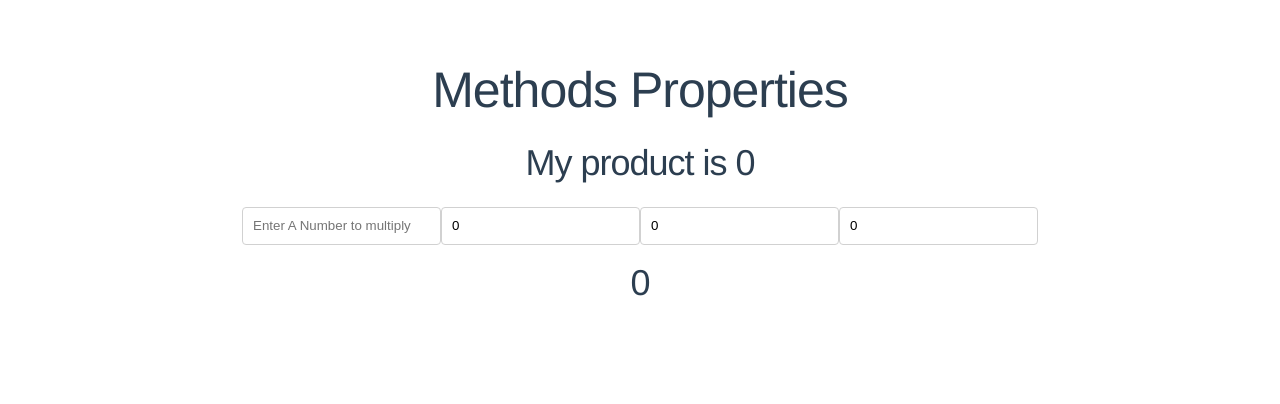
Repository: chsvk/Vue-JS-Course
Page: /
The author's editor kept a copy of each file at every save. The page is drawn from the files as they stood at one save, then again after the next save.
The browser window is 1280 px wide. The pictures show the whole page.
The project was rebuilt for these pictures with package versions that can differ from the ones it lists, and the page was loaded fresh each time. Also part of the build but not shown: src/components/HelloWorld.vue.

Above is the page before, as saved 2019-03-11 21:43:07.

### public/index.html
<!DOCTYPE html>
<html lang="en">
  <head>
    <meta charset="utf-8">
    <meta http-equiv="X-UA-Compatible" content="IE=edge">
    <meta name="viewport" content="width=device-width,initial-scale=1.0">
    <link rel="icon" href="<%= BASE_URL %>favicon.ico">
    <link rel="stylesheet" href="https://cdnjs.cloudflare.com/ajax/libs/skeleton/2.0.4/skeleton.min.css">
    <title>testproject</title>
  </head>
  <body>
    <noscript>
      <strong>We're sorry but testproject doesn't work properly without JavaScript enabled. Please enable it to continue.</strong>
    </noscript>
    <div id="app"></div>
    <!-- built files will be auto injected -->
  </body>
</html>

### src/App.vue
<template>
  <div id="app">
    <!-- <img alt="Vue logo" src="./assets/logo.png">
    <HelloWorld msg="Welcome to Vue.js App"/> -->
    <h1>Methods Properties</h1>
    <h3>My product is {{variableA * variableB * global_dynamicVariable}}</h3>
    <input type="number" placeholder="Enter A Number to multiply" v-model="global_dynamicVariable">
    <input type="number" placeholder="Enter Principle" v-model="principle">
    <input type="number" placeholder="Enter Interest" v-model="interest">
    <input type="number" placeholder="Enter Rate" v-model="rate">
    <h3>{{returnSimpleInterest}}</h3>
  </div>
</template>

<script>
import HelloWorld from './components/HelloWorld.vue'

export default {
  name: 'app',
  data(){
    return {
      variableA: 20,
      variableB: 10,
      global_dynamicVariable: '',
      principle: 0,
      interest: 0,
      rate: 0
    }
  },
  components: {
    HelloWorld
  },
  methods:{
    multiply(local_dynamicVariable){
      return this.variableA * this.variableB * local_dynamicVariable
    }
  },
  computed: {
    returnSimpleInterest(){
      return ((this.principle * this.interest * this.rate)/100)
    }
  }
}
</script>

<style lang="scss">
#app {
  font-family: 'Avenir', Helvetica, Arial, sans-serif;
  -webkit-font-smoothing: antialiased;
  -moz-osx-font-smoothing: grayscale;
  text-align: center;
  color: #2c3e50;
  margin-top: 60px;
}
</style>

Loaded but not shown: src/main.js (common file)

After the next save:
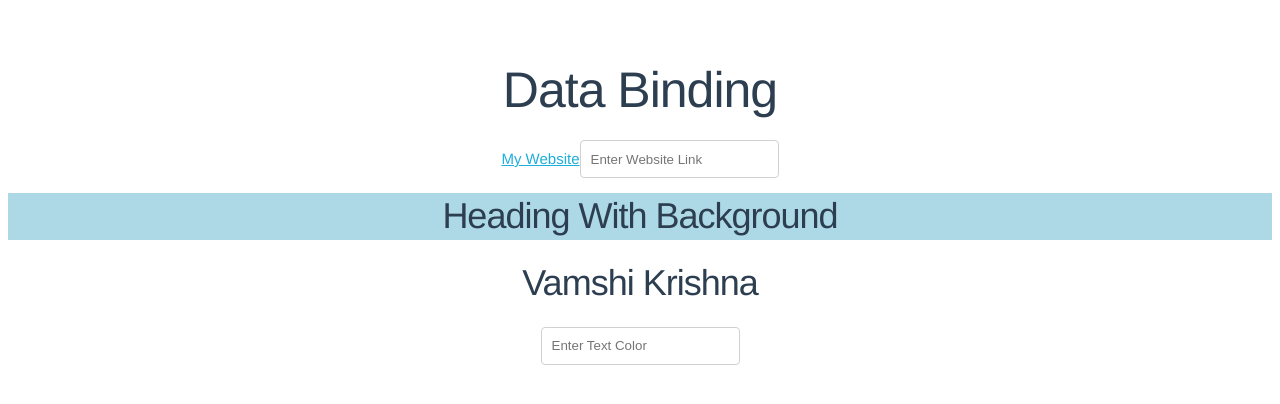
Saved 56 s later.
--- a/src/App.vue
+++ b/src/App.vue
@@ -1,14 +1,11 @@
 <template>
   <div id="app">
-    <!-- <img alt="Vue logo" src="./assets/logo.png">
-    <HelloWorld msg="Welcome to Vue.js App"/> -->
-    <h1>Methods Properties</h1>
-    <h3>My product is {{variableA * variableB * global_dynamicVariable}}</h3>
-    <input type="number" placeholder="Enter A Number to multiply" v-model="global_dynamicVariable">
-    <input type="number" placeholder="Enter Principle" v-model="principle">
-    <input type="number" placeholder="Enter Interest" v-model="interest">
-    <input type="number" placeholder="Enter Rate" v-model="rate">
-    <h3>{{returnSimpleInterest}}</h3>
+    <h1>Data Binding</h1>
+    <a v-bind:href="websiteLink">My Website</a>
+    <input type="text" placeholder="Enter Website Link" v-model="websiteLink">
+    <h3 v-bind:class="{active: classActive}">Heading With Background</h3>
+    <h3 :style="{color: colorForText}">Vamshi Krishna</h3>
+    <input type="text" placeholder="Enter Text Color" v-model="colorForText">
   </div>
 </template>
 
@@ -18,26 +15,10 @@ import HelloWorld from './components/HelloWorld.vue'
 export default {
   name: 'app',
   data(){
-    return {
-      variableA: 20,
-      variableB: 10,
-      global_dynamicVariable: '',
-      principle: 0,
-      interest: 0,
-      rate: 0
-    }
-  },
-  components: {
-    HelloWorld
-  },
-  methods:{
-    multiply(local_dynamicVariable){
-      return this.variableA * this.variableB * local_dynamicVariable
-    }
-  },
-  computed: {
-    returnSimpleInterest(){
-      return ((this.principle * this.interest * this.rate)/100)
+    return{
+      websiteLink: '',
+      classActive: true,
+      colorForText: ''
     }
   }
 }
@@ -51,5 +32,9 @@ export default {
   text-align: center;
   color: #2c3e50;
   margin-top: 60px;
+
+  .active{
+    background: lightblue;
+  }
 }
 </style>
